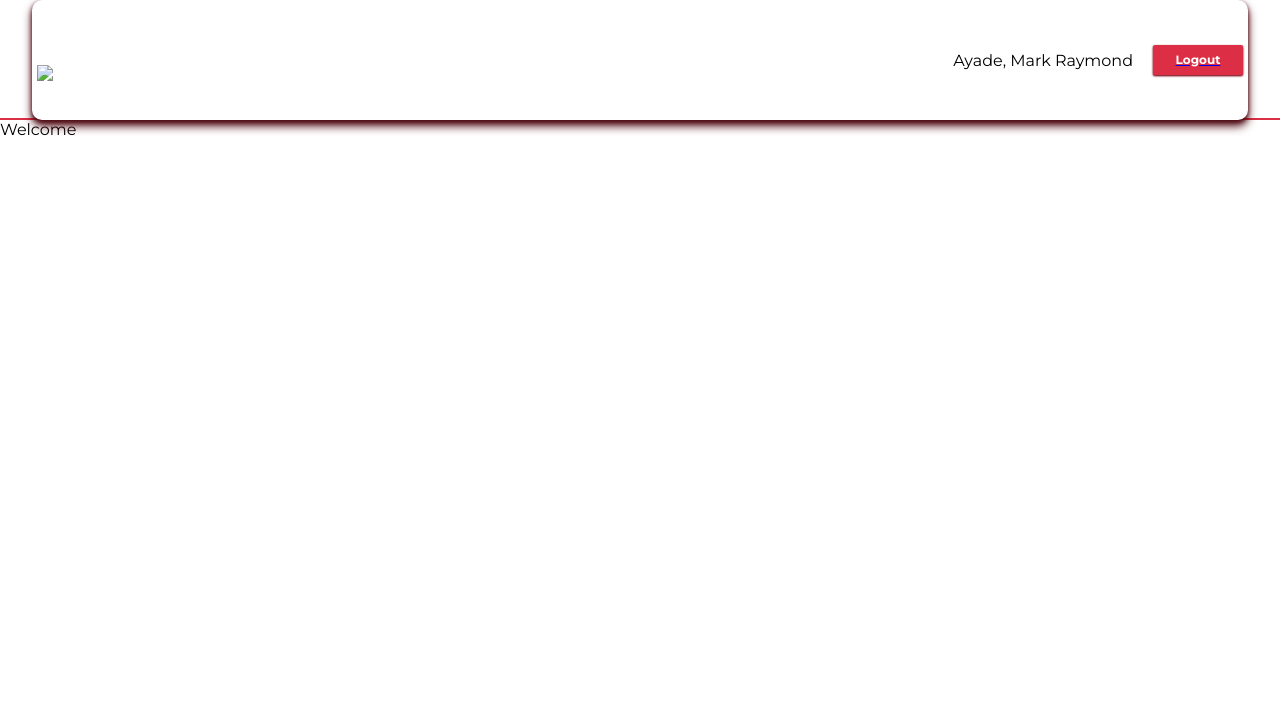
Repository: azkalonz/Int-Prog-2
Page: http://localhost/Int_Prog_2/?page=home
The author's editor kept a copy of each file at every save. The page is drawn from the files as they stood at one save, then again after the next save.
The browser window is 1280 px wide. The pictures show the whole page.
The page is served by Tomcat 9.

Above is the page before, as saved 2021-03-30 05:36:39.
Not found: Int Prog 2/Int_Prog_2/logo/horizontal.png

After the next save:
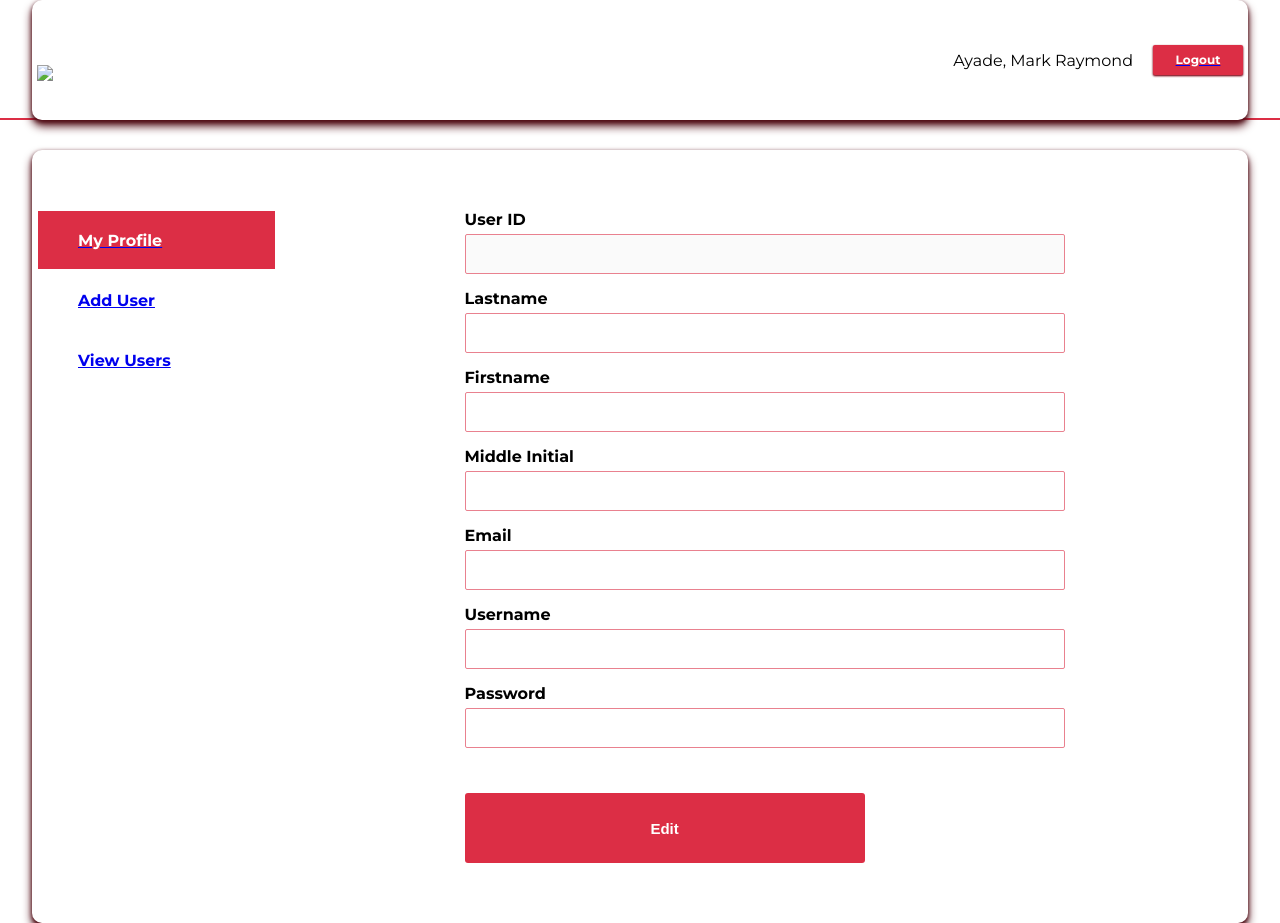
Saved 10 s later.
--- a/Int Prog 2/WebContent/index.jsp
+++ b/Int Prog 2/WebContent/index.jsp
@@ -1,3 +1,51 @@
 <jsp:include page="/WEB-INF/layout/header.jsp"/>
-Welcome
+<main>
+        <div class="container">
+            <div class="nav">
+                <a href="./home.html">
+                    <div class="links active">My Profile</div>
+                </a>
+                <a href="./user.html">
+                    <div class="links">Add User</div>
+                </a>
+                <a href="./users.html">
+                    <div class="links">View Users</div>
+                </a>
+            </div>
+
+            <div class="content">
+                <form>
+                    <div class="infos">
+                        <span>User ID</span>
+                        <input type="text" disabled>
+                    </div>
+                    <div class="infos">
+                        <span>Lastname</span>
+                        <input type="text">
+                    </div>
+                    <div class="infos">
+                        <span>Firstname</span>
+                        <input type="text">
+                    </div>
+                    <div class="infos">
+                        <span>Middle Initial</span>
+                        <input type="text">
+                    </div>
+                    <div class="infos">
+                        <span>Email</span>
+                        <input type="text">
+                    </div>
+                    <div class="infos">
+                        <span>Username</span>
+                        <input type="text">
+                    </div>
+                    <div class="infos">
+                        <span>Password</span>
+                        <input type="text">
+                    </div>
+                    <input class="button" type="submit" value="Edit">
+                </form>
+            </div>
+        </div>
+    </main>
 <jsp:include page="/WEB-INF/layout/footer.jsp"/>
